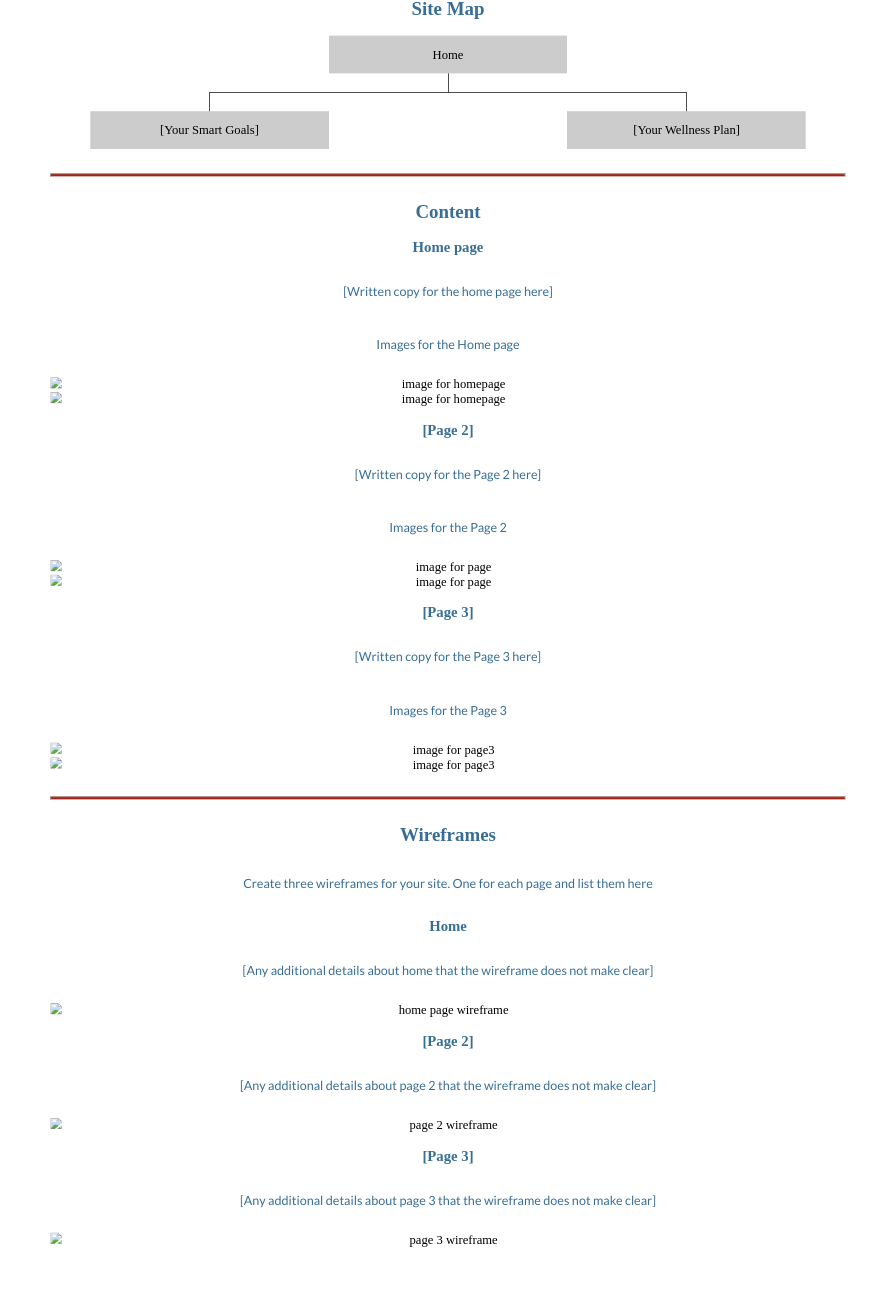
Repository: mszakutumela/wdd130
Page: wellness_plan/site-plan.html
An editor plug-in stored every save of this project. The page is shown before and after the next save, followed by the edit.
The browser window is 1280 px wide. The pictures show the part of the page from y = 2407 to 4327 px (the page is 4261 px tall before and 4327 px after), at 70% of full size.
Some web fonts or font styles are not loaded; a fallback is used.

Above is the page before, as saved 2023-07-14 22:30:47.

After the next save:
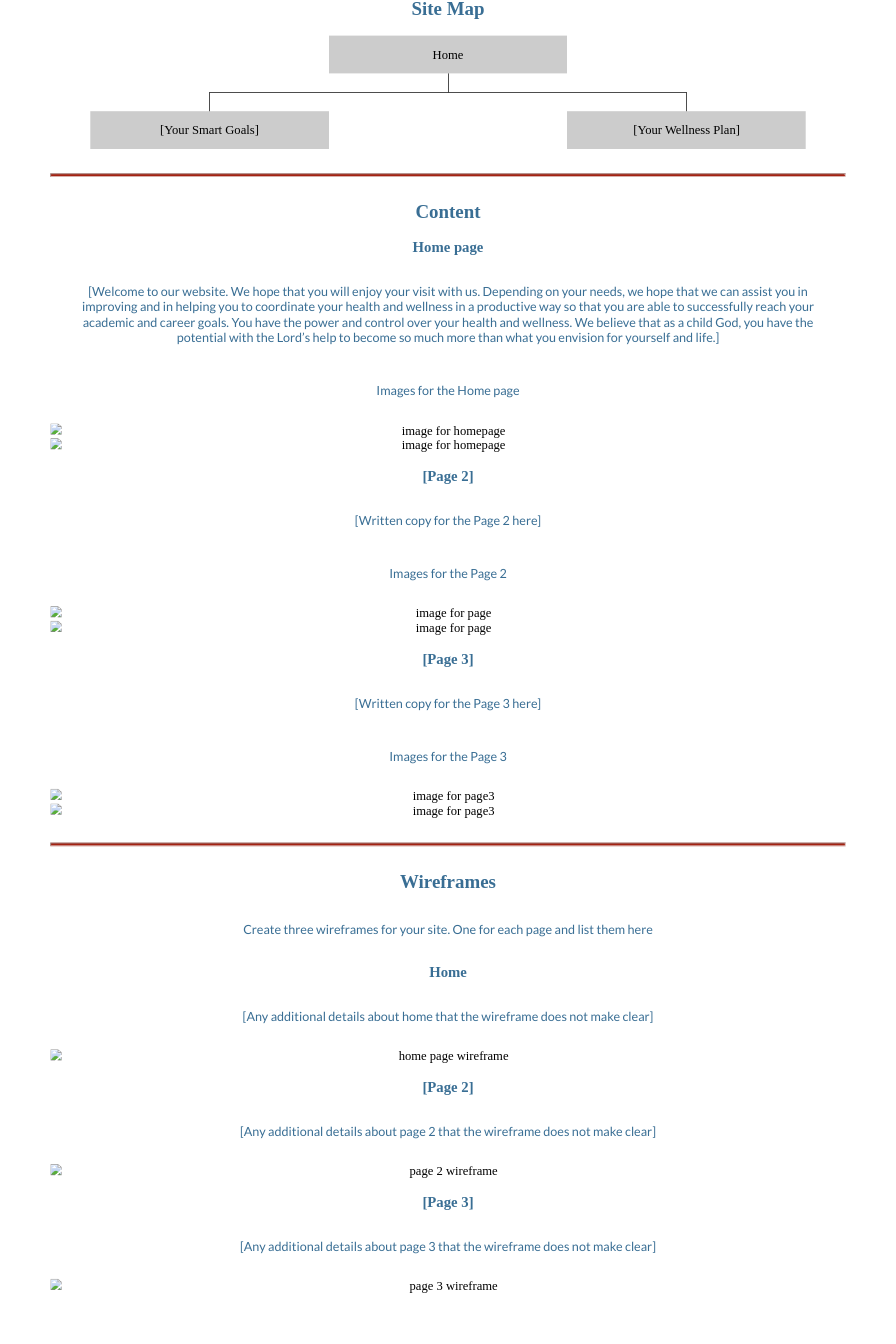
Saved 47 s later.
--- a/wellness_plan/site-plan.html
+++ b/wellness_plan/site-plan.html
@@ -127,7 +127,7 @@
       </h2>
       <h3>Home page</h3>
       <p>
-        [Written copy for the home page here]
+        [Welcome to our website. We hope that you will enjoy your visit with us. Depending on your needs, we hope that we can assist you in improving and in helping you to coordinate your health and wellness in a productive way so that you are able to successfully reach your academic and career goals. You have the power and control over your health and wellness. We believe that as a child God, you have the potential with the Lord’s help to become so much more than what you envision for yourself and life.]
       </p>
       <p>Images for the Home page</p>
         <img src="#" alt="image for homepage">
